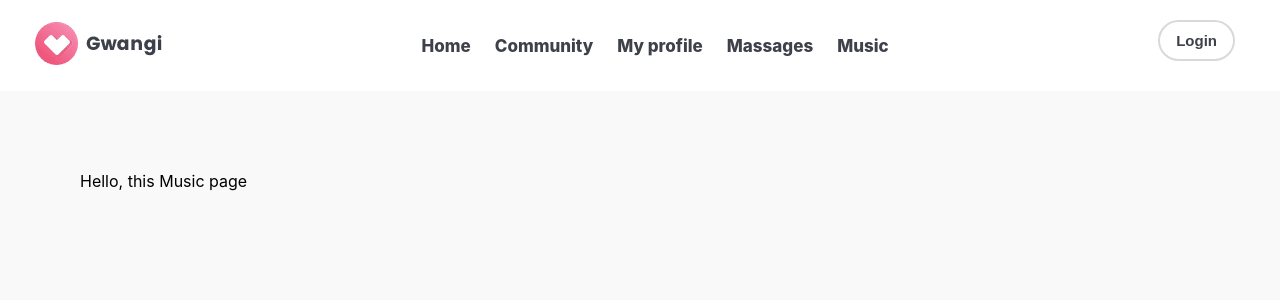
Repository: ShokunLiubov/Soc-Network-React
Page: /login
These files come from the project's save history. The page is drawn as it stood at one moment and after the next save; the edit follows.
The browser window is 1280 px wide. The pictures show the whole page.
The project was rebuilt for these pictures with package versions that can differ from the ones it lists, and the page was loaded fresh each time. Also part of the build but not shown: src/components/common/Paginator/Paginator.module.css, src/components/common/Paginator/Paginator.jsx, src/components/Community/Community.module.css, src/components/Community/Friend/Friend.jsx, src/components/Community/Community.jsx, src/components/common/Preloader/Preloader.jsx, src/components/Community/CommunityContainer.jsx, src/components/Dialogs/Dialogs.module.css and 13 more.

Above is the page before, as saved 2022-08-24 17:06:42.

### src/index.js
import reportWebVitals from './reportWebVitals';
import store from './redux/redux-store';
import React from 'react';
import ReactDOM from 'react-dom/client';
import './index.css';
import App from './App';
import { BrowserRouter } from 'react-router-dom';
import { Provider } from 'react-redux'

const root = ReactDOM.createRoot(document.getElementById('root'));

  root.render(

      <BrowserRouter>
        <Provider store={store}>
          <App />
        </Provider>
      </BrowserRouter>


  );


// If you want to start measuring performance in your app, pass a function
// to log results (for example: reportWebVitals(console.log))
// or send to an analytics endpoint. Learn more: https://bit.ly/CRA-vitals
reportWebVitals();

### src/redux/redux-store.js
import {combineReducers, legacy_createStore as createStore} from "redux"
import dialogsReducer from "./dialogs-reducer"
import profileReducer from "./profile-reducer"
import communityReducer from "./community-reducer"
import authReducer from "./auth-reducer"

let reducers = combineReducers({
    profilePage : profileReducer,
    dialogsPage : dialogsReducer,
    communityPage : communityReducer,
    auth: authReducer
})

let store = createStore(reducers)

export default store;

### src/App.js
import React from 'react';
import { Routes, Route } from "react-router-dom";
import './App.css';
import Registration from './components/Auth/Registration/Registration';
import CommunityContainer from './components/Community/CommunityContainer';
import DialogsContainer from './components/Dialogs/DialogsContainer';
import Home from './components/Home/Home';
import Music from './components/Music/Music';
import Navbar from './components/Navbar/Navbar';
import ProfileContainer from './components/Profile/ProfileContainer';

function App(props) {
  return (

    <div className='app-wrapper'>
      <Navbar />
      <Routes>
        <Route path='/home/*' element={<Home />} />

        <Route path='/community/*' element={<CommunityContainer />} />

        <Route path='/profile/:id' element={<ProfileContainer />} />
        <Route path='/profile/*' element={<ProfileContainer />} />

        <Route path='/dialogs/*' element={<DialogsContainer />} />

        <Route path='/music/*' element={<Registration />} />

        <Route path='/login/*' element={<Music />} />

      </Routes>

    </div>

  );
}

export default App;

### src/redux/dialogs-reducer.js
const SAND_MASSAGE = 'SAND-MASSAGE'
const UPDATE_NEW_MASSAGE_TEXT = 'UPDATE-NEW-MASSAGE-TEXT'

let initialState = {
    dialogsData: [
        { id: 1, name: 'Vika', ava: './../images/ava-w1.jpeg' },
        { id: 2, name: 'Eugen', ava: './../images/ava-m2.png' },
        { id: 3, name: 'Liubov', ava: './../images/ava-w3.jpeg' },
        { id: 4, name: 'Max', ava: './../images/ava-m1.jpeg' },
        { id: 5, name: 'Nika', ava: './../images/ava-w2.webp' }
    ],
    massagesData: [
        { id: 1, massage: 'Hi' },
        { id: 2, massage: 'How are you?' },
        { id: 3, massage: 'I am okey!' }
    ],
    newMassageText: ''
}

const dialogsReducer = (state = initialState, action) => {

    switch (action.type) {
        case SAND_MASSAGE:
            let text = state.newMassageText
            return {
                ...state,
                newMassageText: '',
                massagesData: [...state.massagesData, {id: Date.now(),massage: text}]
            }

        case UPDATE_NEW_MASSAGE_TEXT:
            return {
                ...state,
                newMassageText: action.newText
            }

        default:
            return state
    }

}

export const sandMassage = () => ({ type: SAND_MASSAGE })

export const onMassageChange = (text) =>
    ({ type: UPDATE_NEW_MASSAGE_TEXT, newText: text })

export default dialogsReducer;

### src/redux/profile-reducer.js
const ADD_POST = 'ADD-POST'
const UPDATE_NEW_POST_TEXT = 'UPDATE-NEW-POST-TEXT'
const SET_USER_PROFILE = 'SET-USER-PROFILE'

let initialState = {
    userProfile: {},
    postsData: [
        { id: 1, massage: 'Hi, how are you?', countLikes: '12', time: '29 minutes ago' },
        { id: 2, massage: 'It is my first post', countLikes: '99+', time: 'yesterday' },
        { id: 3, massage: 'My name Liubov, I am wife Eugen', countLikes: '32', time: 'week ago' }
    ],
    newPostText: ''
}

const profileReducer = (state = initialState, action) => {
    switch (action.type) {
        case ADD_POST:
            let newPost = {
                id: Date.now(),
                massage: state.newPostText,
                countLikes: '0',
                time: new Date().toLocaleTimeString()
            }
            return {
                ...state,
                newPostText: '',
                postsData: [newPost, ...state.postsData]
            }

        case UPDATE_NEW_POST_TEXT:
            return {
                ...state,
                newPostText: action.newText
            }
        case SET_USER_PROFILE:
            return {
                ...state,
                userProfile: action.profile

            }
        default:
            return state
    }


}

export const addPost = () => ({ type: ADD_POST })

export const updateNewPostText = (text) =>
    ({ type: UPDATE_NEW_POST_TEXT, newText: text })

export const setUserProfile = (profile) =>
    ({ type: SET_USER_PROFILE, profile})


export default profileReducer;

### src/redux/community-reducer.js
const FOLLOW = 'FOLLOW'
const UN_FOLLOW = 'UN-FOLLOW'
const SET_USERS = 'SET-USERS'
const SET_PAGE = 'SET-PAGE'
const SET_USERS_TOTAL_COUNT = 'SET-USERS-TOTAL-COUNT'
const TOGGLE_IS_FETCHING = 'TOGGLE-IS-FETCHING'

let initialState = {
    userData: [ ],
    pageSize: 10,
    totalUsersCount: 0,
    currentPage: 1,
    currentPageSize: 1,
    isFetching: false
}
const communityReducer = (state = initialState, action) => {
    switch (action.type) {
        case FOLLOW:
            return {
                ...state,
                userData: state.userData.map (user => {
                    if(user.id === action.userID) {
                        return {...user, followed: true}
                    }
                    return user
                })
            }
        case UN_FOLLOW:
            return {
                ...state,
                userData: state.userData.map (user => {
                    if(user.id === action.userID) {
                        return {...user, followed: false}
                    }
                    return user
                })
            }
        case SET_USERS:
            return {
                ...state,
                userData: action.users
            }
        case SET_PAGE:
            return {
                ...state,
                currentPage: action.page
                }
        case SET_USERS_TOTAL_COUNT:
            return {
                ...state,
                totalUsersCount: action.UsersTotalCount
            }
        case TOGGLE_IS_FETCHING:
            return {
                ...state,
                isFetching: action.isFetching
            }
        default:
            return state
    }
}

export const follow = (userID) => ({ type: FOLLOW, userID })

export const unFollow = (userID) => ({ type: UN_FOLLOW, userID })

export const setUsers = (users) => ({ type: SET_USERS, users })

export const setPage = (page) => ({ type: SET_PAGE, page })

export const setUsersTotalCount = (UsersTotalCount) => ({ type: SET_USERS_TOTAL_COUNT, UsersTotalCount })

export const toggleFetching = (isFetching) => ({ type: TOGGLE_IS_FETCHING, isFetching })

export default communityReducer;


// Создать кнопки prev next
// if(currentPage > 1) { prev
// } минус 1  при отрисовки подставляться значения, исключение первая страница
// Отображать в пагинации 5 стр и одну последнюю , учесть если будет меньше 5 стр

### src/redux/auth-reducer.js
const SET_USER_DATA = 'SET-USER-DATA'
// const UN_FOLLOW = 'UN-FOLLOW'

let initialState = {
    userId: undefined,
    email: undefined,
    login: undefined,
    isFetching: false
}
const authReducer = (state = initialState, action) => {
    switch (action.type) {
        case SET_USER_DATA:
            return {
                ...state,
                ...action.data
            }
        // case TOGGLE_IS_FETCHING:
        //     return {
        //         ...state,
        //         isFetching: action.isFetching
        //     }
        default:
            return state
    }
}

export const setUserData = (userId, email, login) => ({ type: SET_USER_DATA, data: {userId, email, login} })

// export const toggleFetching = (isFetching) => ({ type: TOGGLE_IS_FETCHING, isFetching })

export default authReducer;

### src/components/Dialogs/DialogsContainer.jsx
import React from 'react';
import { sandMassage, onMassageChange } from '../../redux/dialogs-reducer';
import Dialogs from './Dialogs';
import { connect } from 'react-redux'


let mapStateToProps = (state) => {
    return {
        dialogsData: state.dialogsPage.dialogsData,
        massagesData: state.dialogsPage.massagesData,
        newMassageText: state.dialogsPage.newMassageText
    }
}

const DialogsContainer = connect(mapStateToProps, { sandMassage, onMassageChange })(Dialogs)

export default DialogsContainer;

### src/components/Music/Music.jsx
import React from 'react';
import styles from './Music.module.css'

const Music = (props) => {
    return (
        <div className='container'>
            Hello, this Music page
        </div>
    )
}

export default Music;

### src/components/Navbar/Navbar.jsx
import React from 'react';
import { NavLink } from 'react-router-dom';
import styles from './Navbar.module.css'

const Navbar = () => {
    return (
        <div className={styles.navbar}>
            {/* LOGO */}
            <div className={styles.logo}><img src='./../images/logotype.png' /></div>
             {/* LOGO */}

            {/* MENU */}
            <nav className={styles.menu}>
                <div className={styles.item}>
                    <NavLink to='/home' className={navData => navData.isActive ? styles.active : styles.item}>Home</NavLink>
                </div>
                <div className={styles.item}>
                    <NavLink to='/community' className={navData => navData.isActive ? styles.active : styles.item}>Community</NavLink>
                </div>
                <div className={styles.item}>
                    <NavLink to='/profile' className={navData => navData.isActive ? styles.active : styles.item}>My profile</NavLink>
                </div>
                <div to='/dialogs' className={styles.item}>
                    <NavLink to='/dialogs' className={navData => navData.isActive ? styles.active : styles.item}>Massages</NavLink>
                </div>
                <div className={styles.item}>
                    <NavLink to='/music' className={navData => navData.isActive ? styles.active : styles.item}>Music</NavLink>
                </div>
            </nav>
            {/* MENU */}

            {/* LOGIN */}
            <NavLink to='/login' className={styles.login}>
                <button className='button'>Login</button>
            </NavLink>
            {/* LOGIN */}

        </div>
    )
}

export default Navbar;

### src/components/Navbar/Navbar.module.css
.navbar {
    display: flex;
    justify-content: space-between;
    align-items: center;
    padding: 20px 35px;
    background-color: #ffffff;
}

.logo {
    cursor: pointer;
}

.menu {
    display: flex;
}

.item a {
    margin: 0 12px;
    font-size: 17px;
    color: #3e404a;
    font-weight: 800;
    cursor: pointer;
    text-decoration: none;
}

.item a.active {
    color: #ef5b86;
}

.login {
    text-decoration: none;
}

### src/components/Profile/Profile_body/MyPosts/Post/Post.module.css
.post {
    background-color: #ffffff;
    border: 1px solid #e8e8e9;
    border-radius: 10px;
    margin: 50px 0;
    position: relative;
    width: 70%;
    min-height: 100px;
}

.personInfo img {
    position: absolute;
    top: -20px;
    left: -20px;
    width: 80px;
    height: 80px;
    object-fit: cover;
    border-radius: 10px;
}

.personInfo {
    display: flex;
}

.postInfo {
    margin: 10px 80px;
}

.nickname {
    color: #3e404a;
    font-size: 18px;
    font-weight: 700;
}

.time {
    color: #9da6b0;
    font-size: 12px;
    font-weight: 600;
    margin-top: 5px;
}

.massage {
    color: #9ca6af;
    font-size: 15px;
    font-weight: 700;
    margin: 10px 80px;
}

.like {
    width: 100%;
    display: flex;
    justify-content: end;
}

button{
    background: none;
    border: none;
    display: flex;
    align-items: center;
    margin: 0 10px 10px;
}

.countLike {
    margin-left: 5px;
    color: #9da6b0;
    font-size: 12px;
    font-weight: 500;
}

### src/components/Auth/Registration/Registration.jsx
import React from 'react';

const Registration = () => {
    return (
        <div>
            123
        </div>
    )
}

export default Registration;

Loaded but not shown: public/index.html (common file); src/reportWebVitals.js (common file); src/index.css (common file); src/App.css (common file); src/components/Home/Home.module.css (no stored copy; drawn as an empty file); src/components/Music/Music.module.css (no stored copy; drawn as an empty file); src/components/Profile/Profile.module.css (no stored copy; drawn as an empty file)

After the next save:
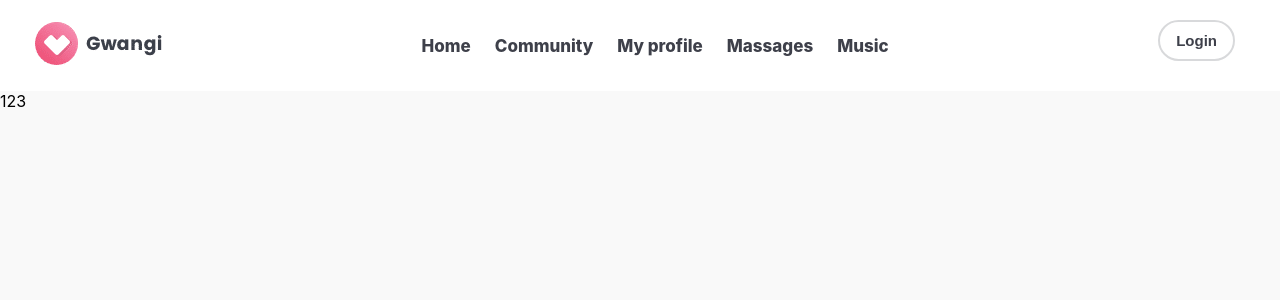
Saved 21 s later.
--- a/src/App.js
+++ b/src/App.js
@@ -24,9 +24,9 @@ function App(props) {
 
         <Route path='/dialogs/*' element={<DialogsContainer />} />
 
-        <Route path='/music/*' element={<Registration />} />
+        <Route path='/music/*' element={<Music />} />
 
-        <Route path='/login/*' element={<Music />} />
+        <Route path='/login/*' element={<Registration />} />
 
       </Routes>
 
